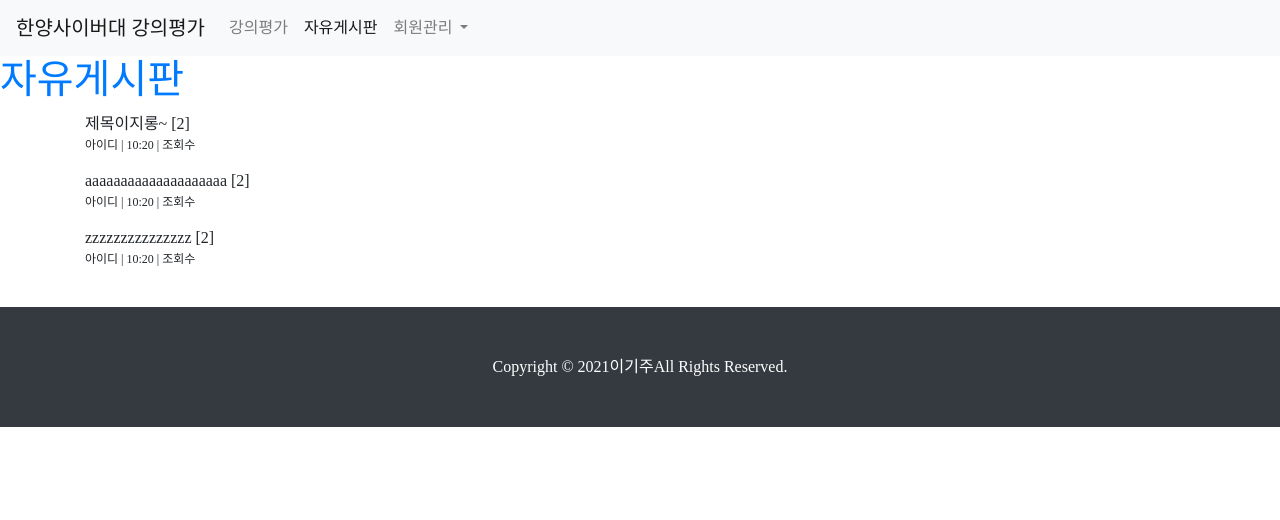
Repository: lkjjjang/hycu
Page: http://localhost/hycujjang/mobile.jsp
These files come from the project's save history. The page is drawn as it stood at one moment and after the next save; the edit follows.
The browser window is 1280 px wide. The pictures show the whole page.
Some web fonts or font styles are not loaded; a fallback is used. The page is served by Tomcat 9. Nobody is signed in. The application's start-up code is not run.

Above is the page before, as saved 2022-01-02 09:16:46.

After the next save:
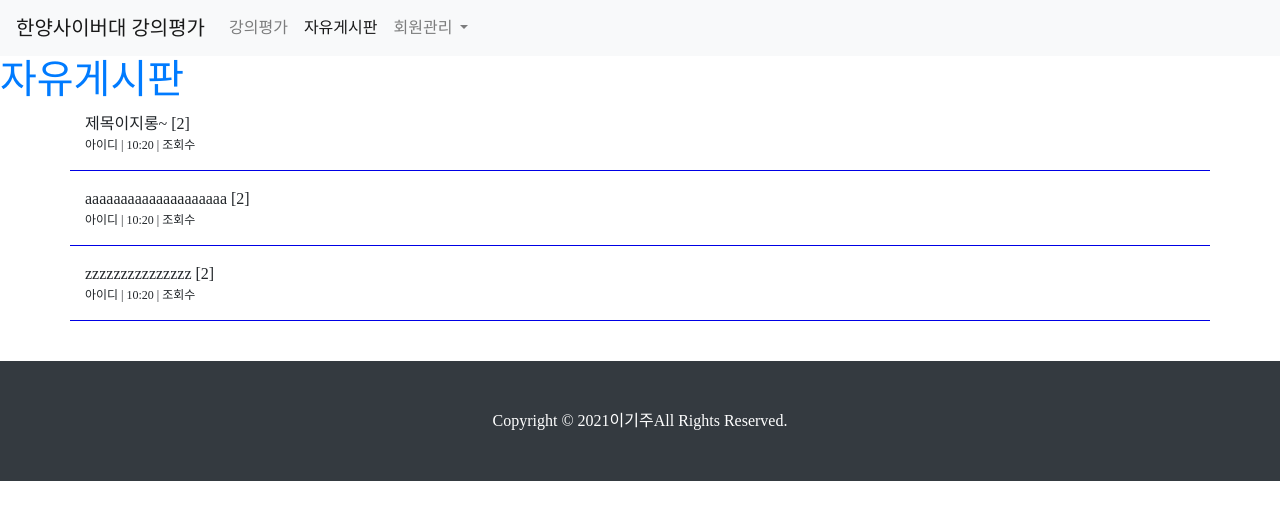
Saved 68 s later.
--- a/hycujjang/WebContent/mobile.jsp
+++ b/hycujjang/WebContent/mobile.jsp
@@ -61,7 +61,7 @@
 			<div class="col-12" style="font-size: 12px">
 				아이디 | 10:20 | 조회수
 			</div>
-			<hr>
+			<hr width="100%" color="blue" size="1">
 		</div>
 		<div class="row">
 			<div class="col-12">
@@ -70,7 +70,7 @@
 			<div class="col-12" style="font-size: 12px">
 				아이디 | 10:20 | 조회수
 			</div>
-			<hr>
+			<hr width="100%" color="blue" size="1">
 		</div>
 		<div class="row">
 			<div class="col-12">
@@ -79,7 +79,7 @@
 			<div class="col-12" style="font-size: 12px">
 				아이디 | 10:20 | 조회수
 			</div>
-			<hr>
+			<hr width="100%" color="blue" size="1">
 		</div>
 	</div>
   		<!--
